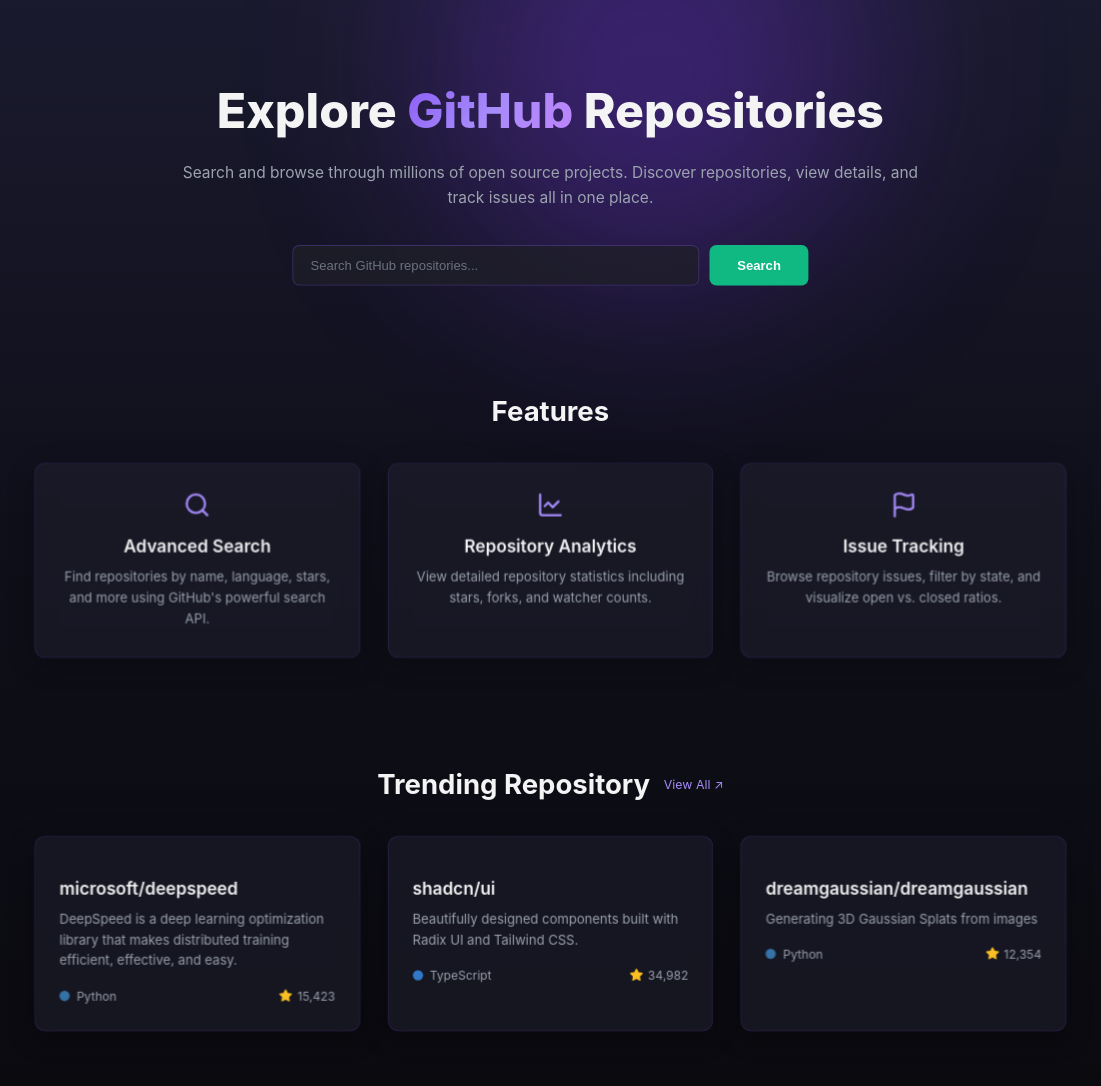
Repository: Tshenolo1994/username-repo
Page: /
The author's editor kept a copy of each file at every save. The page is drawn from the files as they stood at one save, then again after the next save.
The browser window is 1280 px wide. The pictures show the whole page, at 86% of full size.
The project was rebuilt for these pictures with package versions that can differ from the ones it lists, and the page was loaded fresh each time. Also part of the build but not shown: vite.config.ts, src/views/RepoView.vue.

Above is the page before, as saved 2025-10-27 00:50:08.

### index.html
<!doctype html>
<html lang="en">
  <head>
    <meta charset="UTF-8" />
    <link rel="icon" type="image/svg+xml" href="/vite.svg" />
    <meta name="viewport" content="width=device-width, initial-scale=1.0" />
    <title>commit-explorer</title>
  </head>
  <body>
    <div id="app"></div>
    <script type="module" src="/src/main.ts"></script>
  </body>
</html>

### src/main.ts
import { createApp } from 'vue'
import { createPinia } from 'pinia'
import App from './App.vue'
import router from './router'
import './styles/theme.css'

createApp(App)
  .use(createPinia())
  .use(router)
  .mount('#app')

### src/App.vue
<template>
  <RouterView />
</template>

<script setup lang="ts"></script>

<style>
html, body, #app {
  height: 100%;
  margin: 0;
  font-family: system-ui, -apple-system, 'Segoe UI', Roboto, sans-serif;
}
</style>

### src/router/index.ts
import { createRouter, createWebHistory } from 'vue-router'
import HomeView from '@/views/HomeView.vue'
import RepoView from '@/views/RepoView.vue'

const router = createRouter({
  history: createWebHistory(),
  routes: [
    { path: '/', name: 'home', component: HomeView },
    { path: '/repos/:username', name: 'repos', component: RepoView, props: true },
  ],
  scrollBehavior: () => ({ top: 0 }),
})

export default router

### src/styles/theme.css
:root {

    --bg: #0f0f10;
    --bg-elev: #1a1a1b;
    --text: #f4f4f5;
    --muted: #a1a1aa;
    --border: #27272a;
    --link: #7c3aed;
  }


  [data-theme="light"] {
    --bg: #f9fafb;
    --bg-elev: #ffffff;
    --text: #18181b;
    --muted: #52525b;
    --border: #e4e4e7;
    --link: #2563eb;
  }


  html, body, #app {
    margin: 0;
    padding: 0;
    background: var(--bg);
    color: var(--text);
    font-family: 'Inter', system-ui, sans-serif;
    transition: background 0.3s, color 0.3s;
  }


  h1, h2, h3 {
    line-height: 1.2;
    margin: 0;
  }
  p {
    margin: 0.25rem 0 0;
  }


  .card {
    background: var(--bg-elev);
    border: 1px solid var(--border);
    border-radius: 0.75rem;
    padding: 1rem;
    box-shadow: 0 1px 2px rgba(0,0,0,0.15);
  }

### src/views/HomeView.vue
<script setup lang="ts">
import { ref } from "vue";
import { useRouter } from "vue-router";
import { Search, LineChart, Flag } from "lucide-vue-next";

// sample trending repos
const trendingRepos = ref([
  {
    id: 1,
    name: "microsoft/deepspeed",
    stars: 15423,
    description:
      "DeepSpeed is a deep learning optimization library that makes distributed training efficient, effective, and easy.",
    language: "Python",
  },
  {
    id: 2,
    name: "shadcn/ui",
    stars: 34982,
    description:
      "Beautifully designed components built with Radix UI and Tailwind CSS.",
    language: "TypeScript",
  },
  {
    id: 3,
    name: "dreamgaussian/dreamgaussian",
    stars: 12354,
    description: "Generating 3D Gaussian Splats from images",
    language: "Python",
  },
]);

const router = useRouter();
const username = ref("");

function search() {
  if (username.value.trim()) {
    router.push(`/repos/${username.value.trim()}`);
  }
}

function getLangColor(lang: string): string {
  const colors: Record<string, string> = {
    JavaScript: "#f1e05a",
    TypeScript: "#3178c6",
    Python: "#3572A5",
    Java: "#b07219",
    Go: "#00ADD8",
    Ruby: "#701516",
  };
  return colors[lang] || "#6e7681";
}
</script>

<template>
  <div class="home-page">
    <div class="gradient-ball"></div>

    <!-- Hero Section -->
    <section class="hero">
      <div class="hero-content">
        <h1 class="hero-title">
          Explore <span class="gradient-text">GitHub</span> Repositories
        </h1>
        <p class="hero-sub">
          Search and browse through millions of open source projects. Discover
          repositories, view details, and track issues all in one place.
        </p>

        <div class="search-box">
          <input
            v-model="username"
            placeholder="Search GitHub repositories..."
            class="search-input"
          />
          <button @click="search" class="search-btn">Search</button>
        </div>
      </div>
    </section>

    <!-- Features -->
    <section class="section">
      <div class="section-header">
        <h2>Features</h2>
      </div>

      <div class="grid">
        <div class="card glass">
          <Search class="icon" :size="32" />
          <h3>Advanced Search</h3>
          <p>
            Find repositories by name, language, stars, and more using GitHub's powerful search API.
          </p>
        </div>

        <div class="card glass">
          <LineChart class="icon" :size="32" />
          <h3>Repository Analytics</h3>
          <p>
            View detailed repository statistics including stars, forks, and watcher counts.
          </p>
        </div>

        <div class="card glass">
          <Flag class="icon" :size="32" />
          <h3>Issue Tracking</h3>
          <p>
            Browse repository issues, filter by state, and visualize open vs. closed ratios.
          </p>
        </div>
      </div>
    </section>

    <!-- Trending -->
    <section class="section">
      <div class="section-header">
        <h2>Trending Repository</h2>
        <a
          href="https://github.com/trending"
          target="_blank"
          rel="noreferrer"
          class="view-all"
        >
          View All ↗
        </a>
      </div>

      <div class="grid">
        <div
          v-for="repo in trendingRepos"
          :key="repo.id"
          class="card glass repo-card"
        >
          <h3 class="repo-name">{{ repo.name }}</h3>
          <p class="repo-desc">{{ repo.description }}</p>
          <div class="repo-meta">
            <div class="lang">
              <span
                class="dot"
                :style="{ backgroundColor: getLangColor(repo.language) }"
              ></span>
              <span>{{ repo.language }}</span>
            </div>
            <div class="stars">
              <svg
                class="star"
                fill="currentColor"
                viewBox="0 0 16 16"
              >
                <path
                  d="M8 .25a.75.75 0 01.673.418l1.882 3.815 4.21.612a.75.75 0 01.416 1.279l-3.046 2.97.719 4.192a.75.75 0 01-1.088.791L8 12.347l-3.766 1.98a.75.75 0 01-1.088-.79l.72-4.194L.818 6.374a.75.75 0 01.416-1.28l4.21-.611L7.327.668A.75.75 0 018 .25z"
                />
              </svg>
              {{ repo.stars.toLocaleString() }}
            </div>
          </div>
        </div>
      </div>
    </section>
  </div>
</template>

<style scoped>
.home-page {
  background: linear-gradient(to bottom, #1a1a2e 0%, #0f0f1a 50%, #0a0a0f 100%);
  color: #f4f4f5;
  min-height: 100vh;
  width: 100%;
  overflow-x: hidden;
  position: relative;
}

.gradient-ball {
  position: absolute;
  top: -200px;
  left: 50%;
  transform: translateX(-50%);
  width: 600px;
  height: 600px;
  border-radius: 50%;
  background: radial-gradient(circle at center, #5b21b6 0%, #7c3aed 30%, transparent 70%);
  opacity: 0.4;
  filter: blur(100px);
  z-index: 0;
  animation: float 20s ease-in-out infinite;
}

@keyframes float {
  0%, 100% {
    transform: translate(-50%, 0) scale(1);
  }
  25% {
    transform: translate(-30%, -20px) scale(1.1);
  }
  50% {
    transform: translate(-70%, 20px) scale(0.9);
  }
  75% {
    transform: translate(-40%, -10px) scale(1.05);
  }
}

/* Hero Section */
.hero {
  padding: 6rem 2rem 4rem;
  position: relative;
  z-index: 10;
}

.hero-content {
  max-width: 900px;
  margin: 0 auto;
  text-align: center;
}

.hero-title {
  font-size: 3.5rem;
  font-weight: 800;
  margin-bottom: 1.5rem;
  line-height: 1.2;
}

.gradient-text {
  background: linear-gradient(135deg, #8b5cf6 0%, #a78bfa 50%, #c084fc 100%);
  -webkit-background-clip: text;
  -webkit-text-fill-color: transparent;
  background-clip: text;
}

.hero-sub {
  color: #9ca3af;
  font-size: 1.125rem;
  margin-bottom: 2.5rem;
  line-height: 1.6;
}

.search-box {
  display: flex;
  justify-content: center;
  gap: 0.75rem;
  max-width: 600px;
  margin: 0 auto;
}

.search-input {
  padding: 0.875rem 1.25rem;
  border-radius: 8px;
  flex: 1;
  background: rgba(30, 30, 40, 0.8);
  color: #f4f4f5;
  border: 1px solid rgba(139, 92, 246, 0.3);
  font-size: 0.95rem;
  transition: all 0.2s;
}

.search-input:focus {
  outline: none;
  border-color: #8b5cf6;
  background: rgba(30, 30, 40, 0.95);
}

.search-input::placeholder {
  color: #6b7280;
}

.search-btn {
  background: #10b981;
  color: white;
  padding: 0.875rem 2rem;
  border-radius: 8px;
  font-weight: 600;
  cursor: pointer;
  border: none;
  font-size: 0.95rem;
  transition: all 0.2s;
}

.search-btn:hover {
  background: #059669;
  transform: translateY(-1px);
}

/* Shared Section Styling */
.section {
  padding: 4rem 2rem;
  position: relative;
  z-index: 10;
}

.section-header {
  display: flex;
  align-items: center;
  justify-content: center;
  gap: 1rem;
  margin-bottom: 2.5rem;
}

.section-header h2 {
  font-size: 2rem;
  font-weight: 700;
  color: #f4f4f5;
}

.view-all {
  color: #a78bfa;
  font-size: 0.9rem;
  text-decoration: none;
  display: flex;
  align-items: center;
  gap: 0.25rem;
  transition: all 0.2s;
}

.view-all:hover {
  color: #c084fc;
  transform: translateX(2px);
}

/* Grid + Cards */
.grid {
  display: grid;
  grid-template-columns: repeat(3, 1fr);
  gap: 2rem;
  max-width: 1200px;
  margin: 0 auto;
}

@media (max-width: 980px) {
  .grid {
    grid-template-columns: 1fr;
  }
  .hero-title {
    font-size: 2.5rem;
  }
}

.card {
  padding: 2rem 1.75rem;
  border-radius: 12px;
  text-align: center;
  transition: all 0.3s ease;
}

.card:hover {
  transform: translateY(-6px);
}

/* Glass look */
.glass {
  background: rgba(30, 30, 45, 0.6);
  border: 1px solid rgba(139, 92, 246, 0.2);
  backdrop-filter: blur(12px);
  box-shadow: 0 8px 32px rgba(0, 0, 0, 0.3);
}

.card h3 {
  font-size: 1.25rem;
  font-weight: 600;
  margin: 1rem 0 0.75rem;
  color: #f4f4f5;
}

.card p {
  color: #9ca3af;
  font-size: 0.95rem;
  line-height: 1.6;
}

.icon {
  color: #a78bfa;
  margin: 0 auto;
}

/* Trending Repo cards */
.repo-card {
  text-align: left;
}

.repo-name {
  color: #a78bfa;
  font-weight: 600;
  font-size: 1.1rem;
  margin: 0 0 0.75rem 0;
  transition: color 0.2s;
}

.repo-card:hover .repo-name {
  color: #c084fc;
}

.repo-desc {
  color: #9ca3af;
  font-size: 0.9rem;
  margin-bottom: 1.25rem;
  line-height: 1.5;
}

.repo-meta {
  display: flex;
  justify-content: space-between;
  align-items: center;
  font-size: 0.875rem;
  color: #9ca3af;
}

.lang {
  display: flex;
  align-items: center;
}

.dot {
  display: inline-block;
  width: 12px;
  height: 12px;
  border-radius: 50%;
  margin-right: 0.5rem;
}

.stars {
  display: flex;
  align-items: center;
  gap: 0.35rem;
}

.star {
  width: 16px;
  height: 16px;
  color: #fbbf24;
}
</style>

After the next save:
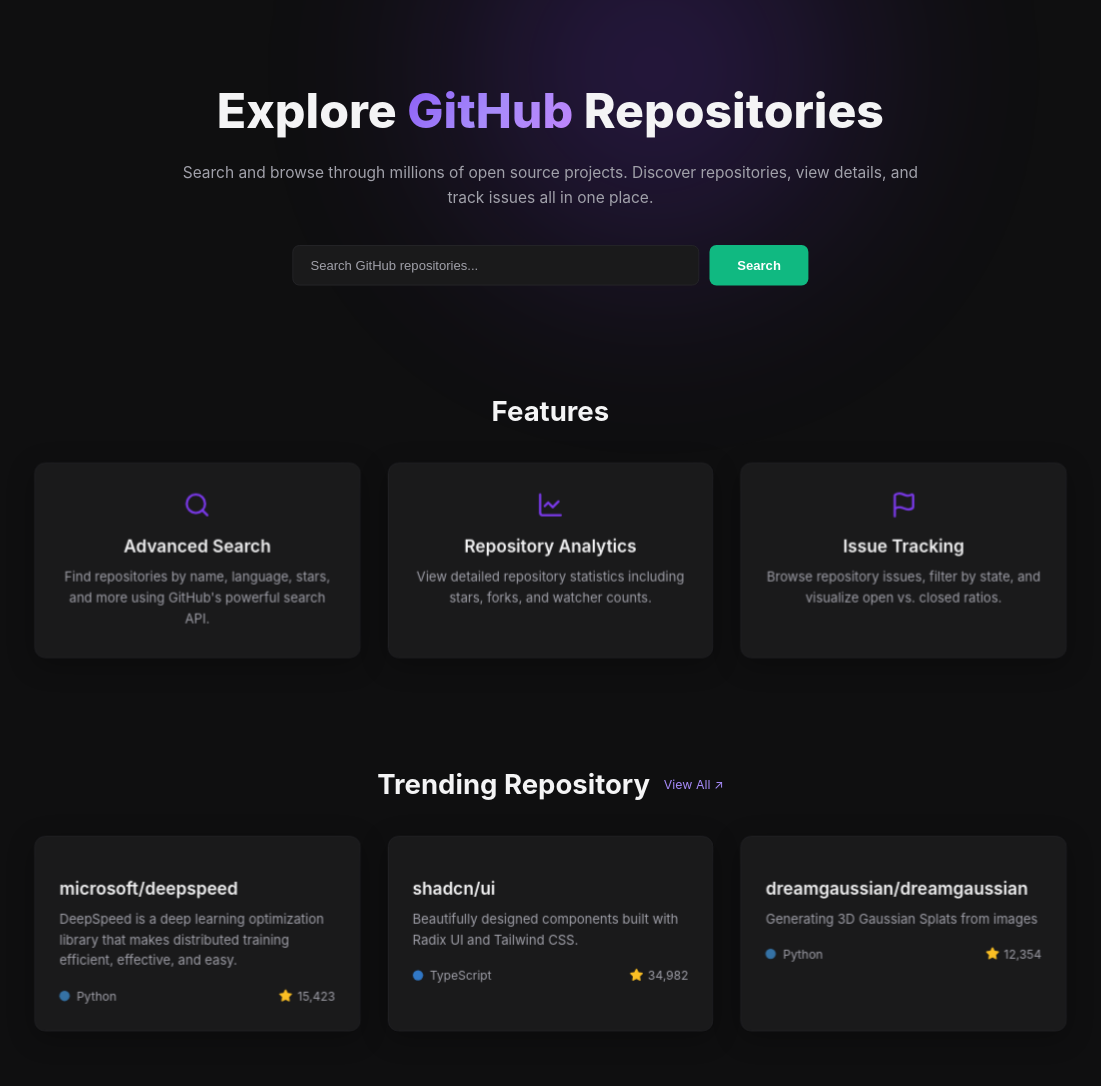
Saved 4 min 17 s later.
--- a/src/views/HomeView.vue
+++ b/src/views/HomeView.vue
@@ -162,12 +162,13 @@
 
 <style scoped>
 .home-page {
-  background: linear-gradient(to bottom, #1a1a2e 0%, #0f0f1a 50%, #0a0a0f 100%);
-  color: #f4f4f5;
+  background: var(--bg);
+  color: var(--text);
   min-height: 100vh;
   width: 100%;
   overflow-x: hidden;
   position: relative;
+  transition: background 0.3s, color 0.3s;
 }
 
 .gradient-ball {
@@ -178,11 +179,12 @@
   width: 600px;
   height: 600px;
   border-radius: 50%;
-  background: radial-gradient(circle at center, #5b21b6 0%, #7c3aed 30%, transparent 70%);
-  opacity: 0.4;
+  background: radial-gradient(circle at center, var(--link) 0%, rgba(124, 58, 237, 0.6) 30%, transparent 70%);
+  opacity: 0.3;
   filter: blur(100px);
   z-index: 0;
   animation: float 20s ease-in-out infinite;
+  transition: background 0.3s;
 }
 
 @keyframes float {
@@ -228,7 +230,7 @@
 }
 
 .hero-sub {
-  color: #9ca3af;
+  color: var(--muted);
   font-size: 1.125rem;
   margin-bottom: 2.5rem;
   line-height: 1.6;
@@ -246,21 +248,21 @@
   padding: 0.875rem 1.25rem;
   border-radius: 8px;
   flex: 1;
-  background: rgba(30, 30, 40, 0.8);
-  color: #f4f4f5;
-  border: 1px solid rgba(139, 92, 246, 0.3);
+  background: var(--bg-elev);
+  color: var(--text);
+  border: 1px solid var(--border);
   font-size: 0.95rem;
   transition: all 0.2s;
 }
 
 .search-input:focus {
   outline: none;
-  border-color: #8b5cf6;
-  background: rgba(30, 30, 40, 0.95);
+  border-color: var(--link);
+  background: var(--bg-elev);
 }
 
 .search-input::placeholder {
-  color: #6b7280;
+  color: var(--muted);
 }
 
 .search-btn {
@@ -298,7 +300,7 @@
 .section-header h2 {
   font-size: 2rem;
   font-weight: 700;
-  color: #f4f4f5;
+  color: var(--text);
 }
 
 .view-all {
@@ -347,8 +349,8 @@
 
 /* Glass look */
 .glass {
-  background: rgba(30, 30, 45, 0.6);
-  border: 1px solid rgba(139, 92, 246, 0.2);
+  background: var(--bg-elev);
+  border: 1px solid var(--border);
   backdrop-filter: blur(12px);
   box-shadow: 0 8px 32px rgba(0, 0, 0, 0.3);
 }
@@ -357,17 +359,17 @@
   font-size: 1.25rem;
   font-weight: 600;
   margin: 1rem 0 0.75rem;
-  color: #f4f4f5;
+  color: var(--text);
 }
 
 .card p {
-  color: #9ca3af;
+  color: var(--muted);
   font-size: 0.95rem;
   line-height: 1.6;
 }
 
 .icon {
-  color: #a78bfa;
+  color: var(--link);
   margin: 0 auto;
 }
 
@@ -377,7 +379,7 @@
 }
 
 .repo-name {
-  color: #a78bfa;
+  color: var(--link);
   font-weight: 600;
   font-size: 1.1rem;
   margin: 0 0 0.75rem 0;
@@ -385,11 +387,12 @@
 }
 
 .repo-card:hover .repo-name {
-  color: #c084fc;
+  color: var(--link);
+  opacity: 0.8;
 }
 
 .repo-desc {
-  color: #9ca3af;
+  color: var(--muted);
   font-size: 0.9rem;
   margin-bottom: 1.25rem;
   line-height: 1.5;
@@ -400,7 +403,7 @@
   justify-content: space-between;
   align-items: center;
   font-size: 0.875rem;
-  color: #9ca3af;
+  color: var(--muted);
 }
 
 .lang {
